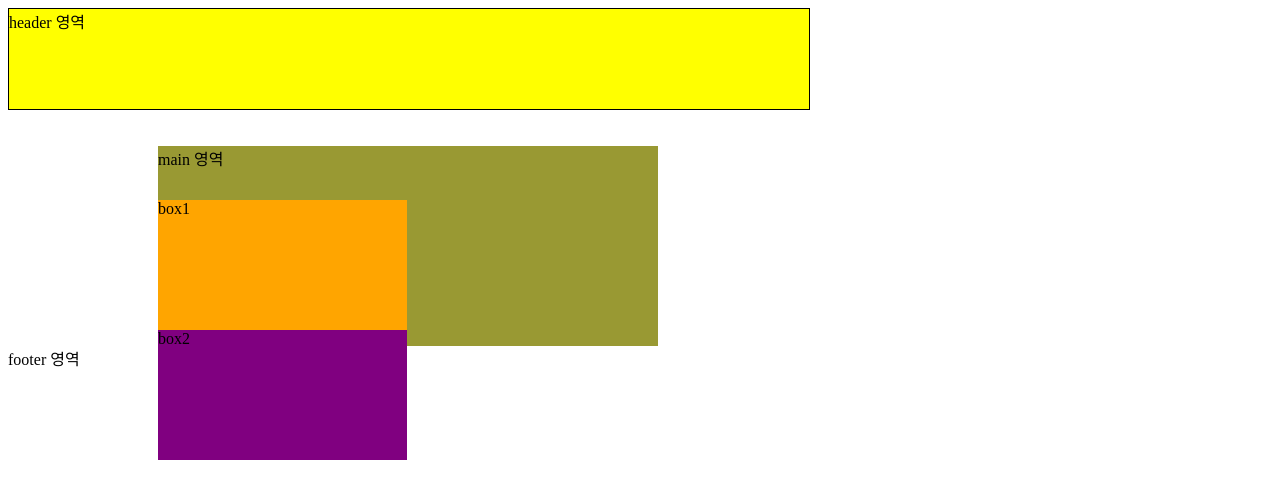
Repository: Seokho96/CSSPractice
Page: css/work01/WebContent/index02.html
The author's editor kept a copy of each file at every save. The page is drawn from the files as they stood at one save, then again after the next save.
The browser window is 1280 px wide. The pictures show the whole page.

Above is the page before, as saved 2020-07-13 06:27:30.

After the next save:
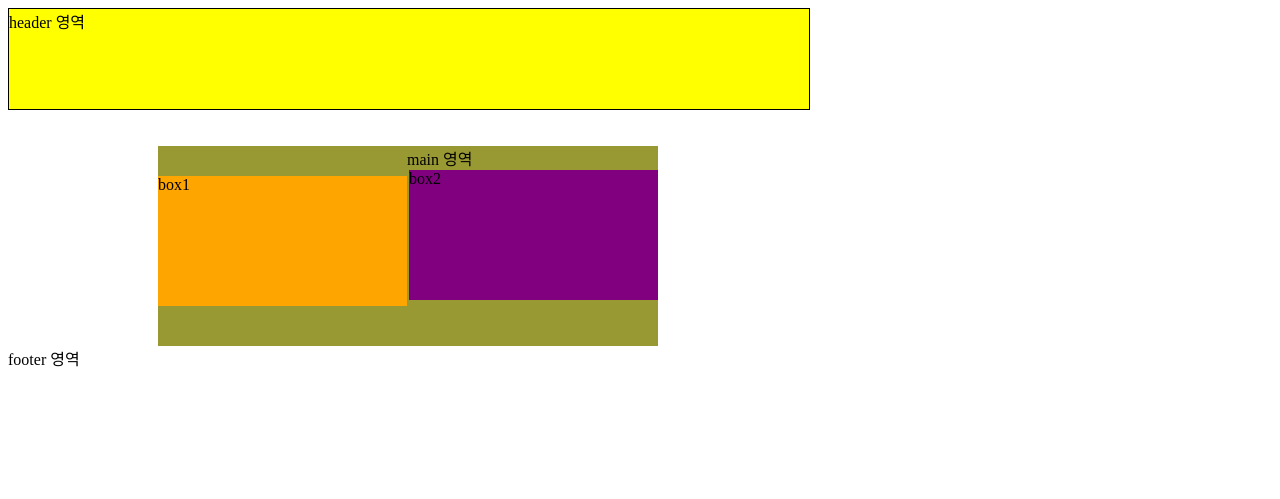
Saved 102 s later.
--- a/css/work01/WebContent/index02.html
+++ b/css/work01/WebContent/index02.html
@@ -22,12 +22,13 @@
    height:130px;
    background-color: orange;
    margin-top: 30px;
+   float: left;
 }
 #box2{
    width: 249px;
    height:130px;
    background-color: purple;
-   float: right-top;
+   float: right;
 
 }
 </style>
